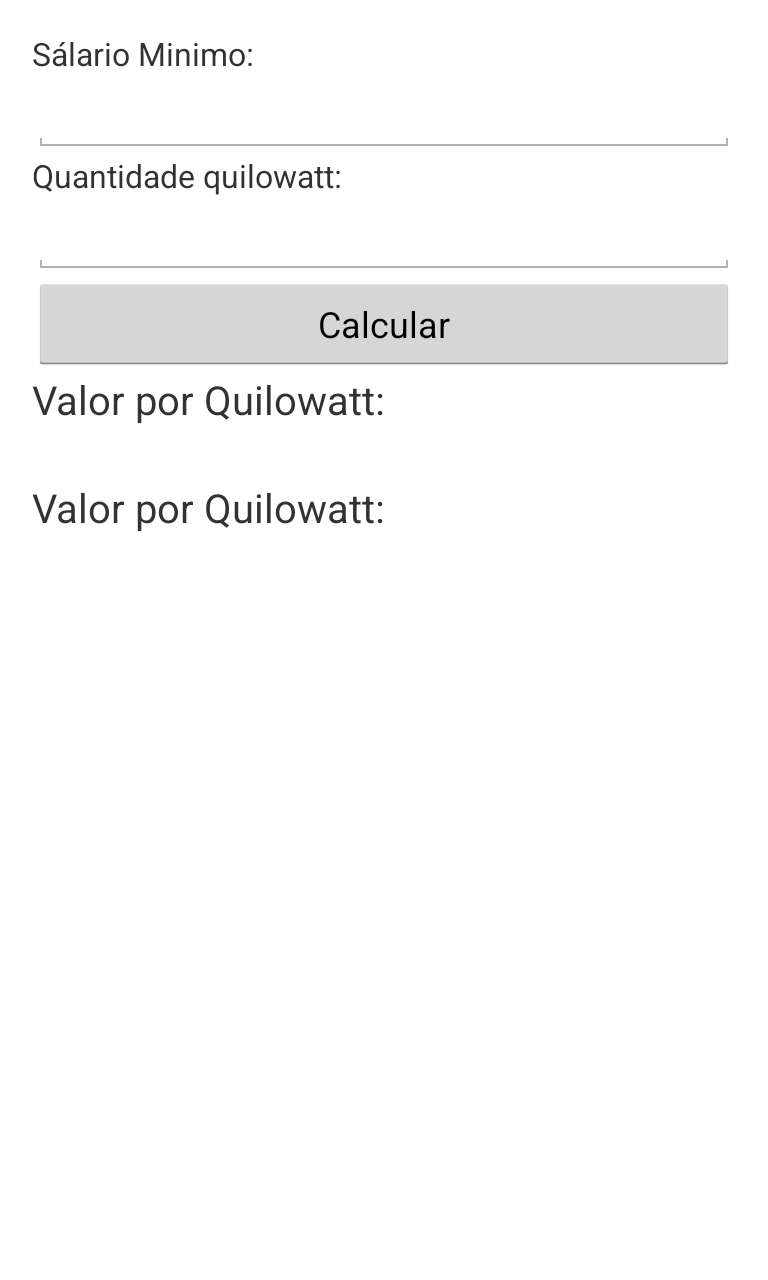
Repository: erickluz/Android
Layout: CustoQuilowatt/res/layout/activity_main.xml
These files come from the project's save history. The layout is drawn as it stood at one moment and after a run of saves; the edit follows.
It is drawn on a 768 x 1280 px phone screen (xhdpi) without system bars, with theme AppTheme; the app's code is not run.

Above is the layout before, as saved 2016-03-15 01:46:27.

After the next 2 saves:
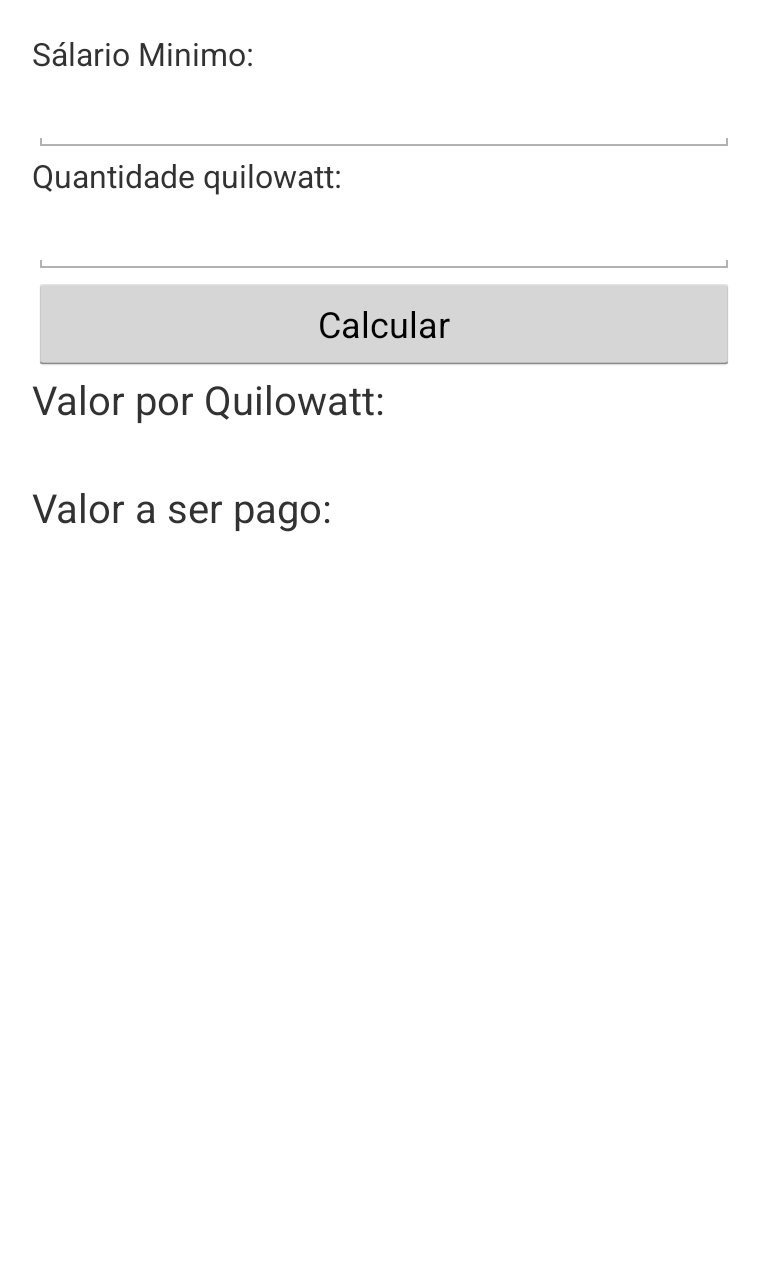
The 2 saves are shown as one change because 1 did not build or start.
The last was saved 94 s later.
--- a/CustoQuilowatt/res/layout/activity_main.xml
+++ b/CustoQuilowatt/res/layout/activity_main.xml
@@ -57,7 +57,7 @@
 	<TextView
         android:layout_width="fill_parent"
         android:layout_height="wrap_content"
-        android:text="@string/quiloWatt"
+        android:text="@string/vlrPago"
         android:textSize="20sp"/>
 
     <TextView
--- a/CustoQuilowatt/res/values/strings.xml
+++ b/CustoQuilowatt/res/values/strings.xml
@@ -8,5 +8,6 @@
     <string name="qtdQuilowatt">Quantidade quilowatt:</string>
     <string name="btnCalc">Calcular</string>
     <string name="quiloWatt">Valor por Quilowatt: </string>
+    <string name="vlrPago">Valor a ser pago:</string>
 
 </resources>
